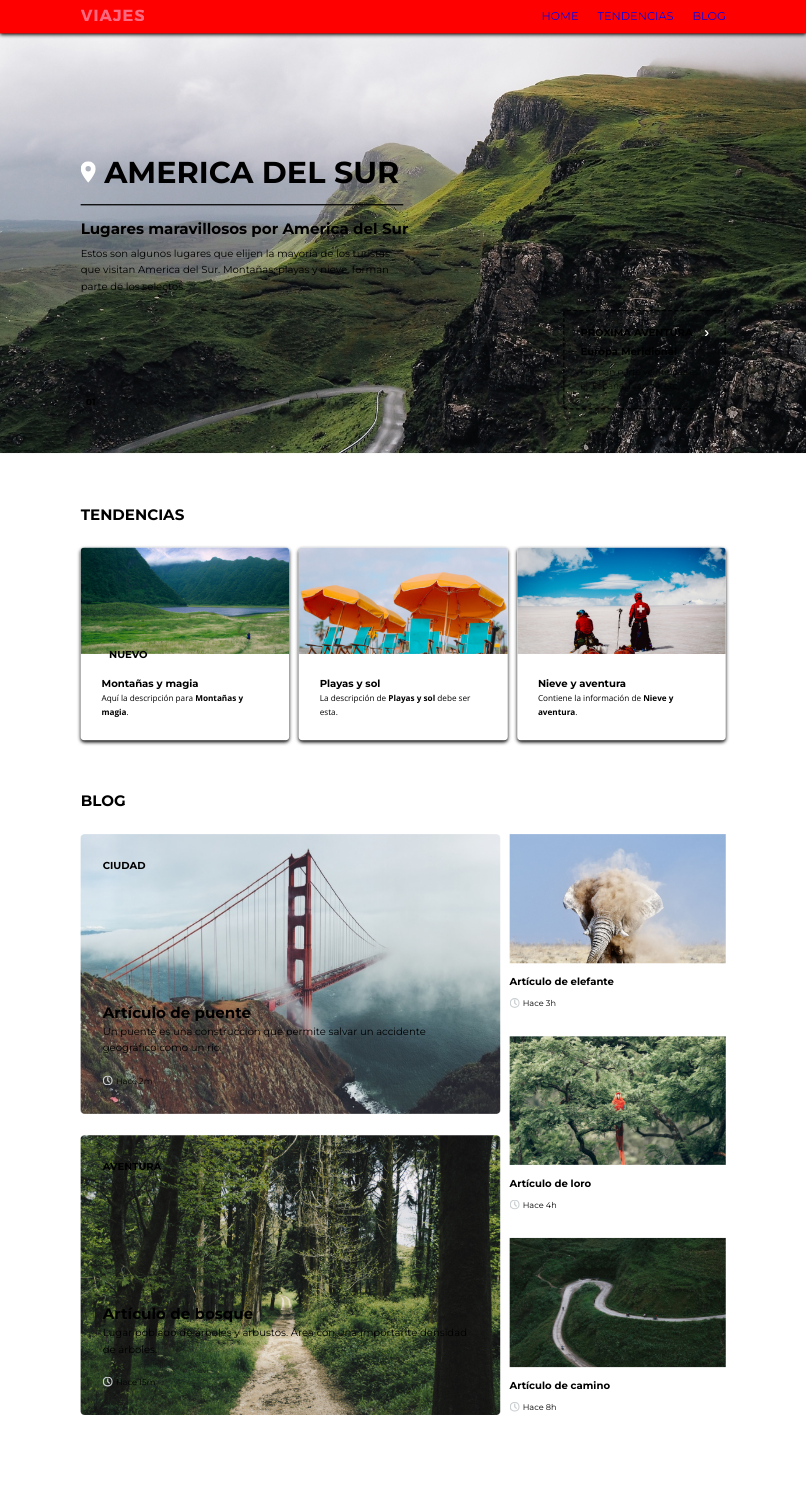
Repository: agustin-mesa/viajes
Page: /
The author's editor kept a copy of each file at every save. The page is drawn from the files as they stood at one save, then again after the next save.
The browser window is 1280 px wide. The pictures show the whole page, at 63% of full size.
The project was rebuilt for these pictures with package versions that can differ from the ones it lists, and the page was loaded fresh each time. Also part of the build but not shown: src/components/styles/colors.module.scss.

Above is the page before, as saved 2021-11-14 01:44:13.

### public/index.html
<!DOCTYPE html>
<html lang="es">
  <head>
    <meta name="author" content="Mauro Agustín Mesa" />
    <meta charset="utf-8" />
    <meta name="viewport" content="width=device-width, initial-scale=1" />
    <meta name="theme-color" content="#000000" />
    <meta
      name="description"
      content="Web site created using create-react-app"
    />
    <title>React App</title>
  </head>
  <body>
    <noscript>You need to enable JavaScript to run this app.</noscript>
    <div id="root"></div>
  </body>
</html>

### src/index.js
import React from "react";
import ReactDOM from "react-dom";
import App from "./App";
import "./index.css";

const Index = () => {
  return <App />;
};

ReactDOM.render(<Index />, document.getElementById("root"));

### src/App.js
import React from "react";
import Header from "./components/Header";
import Home from "./pages/Home";
import Tendencias from "./pages/Tendencias";
import Blog from "./pages/Blog";
import Footer from "./components/Footer";

const App = () => {
  return (
    <>
      <Header />
      <Home />
      <Tendencias />
      <Blog />
      <Footer />
    </>
  );
};

export default App;

### src/index.css
@import url("https://fonts.googleapis.com/css2?family=Montserrat:wght@100;200;300;400;500;600;700&display=swap");
@import url("https://fonts.googleapis.com/css2?family=Montserrat:wght@100;200;300;400;500;600;700&family=Open+Sans:wght@400;500;600;700&display=swap");

* {
  margin: 0;
  padding: 0;
  list-style: none;
  text-decoration: none;
  border: none;
  outline: none;
  scroll-behavior: smooth;
}

body {
  margin: 0;
  -webkit-font-smoothing: antialiased;
  -moz-osx-font-smoothing: grayscale;
  font-family: "Montserrat", "Open Sans", sans-serif;
}

code {
  font-family: source-code-pro, Menlo, Monaco, Consolas, "Courier New",
    monospace;
}

@media only screen and (max-width: 800px) {
  #root {
    font-size: 14px;
  }
}

### src/components/Header.js
import React, { useState } from "react";
import { useMediaQuery } from "react-responsive";
import styled, { keyframes } from "styled-components";

// Colors
import * as colors from "./styles/colors.module.scss";

// LOGO
import logo from "../Assets/logo/logo_01.svg";

// Iconos
import icHamburguer from "../Assets/iconos/hamburguer_menu.svg";
import icTimesExit from "../Assets/iconos/times_exit.svg";

const Header = () => {
  const [hamburguerMenu, changeHamburguerMenu] = useState(false);

  const isTabletOrMobile = useMediaQuery({ query: "(max-width: 764px)" });

  return (
    <ContainerHeader>
      <nav>
        <div className="nav__logo">
          <a href="#home">
            <img src={logo} alt="Viajes" />
          </a>
        </div>

        <div className="nav__menu">
          {isTabletOrMobile && (
            <img
              src={icHamburguer}
              alt=""
              onClick={() => changeHamburguerMenu(!hamburguerMenu)}
            />
          )}
          {hamburguerMenu && (
            <div
              className="bgAction"
              onClick={() => changeHamburguerMenu(!hamburguerMenu)}
            ></div>
          )}

          <ul
            className={
              isTabletOrMobile && `nav__list ${!hamburguerMenu && "off"}`
            }
          >
            {isTabletOrMobile && (
              <li>
                <img
                  src={icTimesExit}
                  alt=""
                  onClick={() => changeHamburguerMenu(!hamburguerMenu)}
                />
              </li>
            )}

            <li>
              <a href="#home">HOME</a>
            </li>
            <li>
              <a href="#tendencias">TENDENCIAS</a>
            </li>
            <li>
              <a href="#blog">BLOG</a>
            </li>
          </ul>
        </div>
      </nav>
    </ContainerHeader>
  );
};

const showMenu = keyframes`
  0%{
    opacity: 0;
  }
  100%{
    opacity:1;
  }
`;

const ContainerHeader = styled.header`
  position: fixed;
  top: 0;
  left: 0;
  right: 0;
  z-index: 999;
  background: red;
  background: ${colors.white};
  box-shadow: 0px 3px 6px ${colors.blackOpac};
  nav {
    display: flex;
    flex-direction: row;
    justify-content: space-between;
    align-items: center;
    padding: 15px 10%;
    .header__logo a img {
      width: 100px;
    }
    ul {
      display: flex;
      flex-direction: row;
      justify-content: flex-end;
      align-items: center;
    }
    ul li a {
      padding: 15px 15px;
      font: normal normal normal 1.125em/13px Montserrat;
      color: ${colors.blueRelax};
      transition: all 0.2s ease;
    }
    ul li a:hover {
      color: ${colors.darkblue};
    }
    ul li:last-child a {
      padding: 15px 0 15px 15px;
    }
  }

  @media only screen and (max-width: 768px) {
    nav .nav__logo a img {
      width: 80px;
    }
    .nav__menu img {
      display: flex;
      z-index: 999;
      animation: ${showMenu} 0.5s ease;
    }
    .nav__menu .bgAction {
      position: fixed;
      top: 0;
      bottom: 0;
      left: 0;
      right: 0;
      background: ${colors.darkblueOpac};
      animation: ${showMenu} 0.5s ease;
    }
    .inMobile {
      position: fixed;
      top: 0;
      bottom: 0;
      right: 0;
      width: 60%;
      background: ${colors.white};
      flex-direction: column;
      justify-content: flex-start;
      animation: ${showMenu} 0.5s ease;
      align-items: flex-start;
    }
    .inMobile li {
      padding: 10px;
      background: red;
      width: 100%;
    }
    ul li a {
      padding: 10px;
    }
    .inMobile li:first-child {
      background: red;
      display: flex;
      align-items: center;
      justify-content: flex-end;
      padding: 15px 40px 35px 0;
    }
    .off {
      display: none;
    }
  }
`;

export default Header;

### src/pages/Home.js
import React from "react";
import styled from "styled-components";

import * as colors from "../components/styles/colors.module.scss";

// IMG
import viajesHero from "../Assets/img/Viajes_Hero.jpg";
import icPin from "../Assets/iconos/ic_pin.svg";
import icArrow from "../Assets/iconos/arrow.svg";

// Importo etiquetas default con estilos propios
import { Parrafo, Span, H3, H5 } from "../components/styles/stylesDefault";

const Home = () => {
  return (
    <ContainerHome id="home">
      <HeroWrapper>
        <div className="hero__title">
          <h1>
            <img src={icPin} alt="Pin" /> AMERICA DEL SUR
          </h1>
          <hr />
          <H3 color="white">Lugares maravillosos por America del Sur</H3>
          <Parrafo>
            Estos son algunos lugares que elijen la mayoría de los turistas que
            visitan America del Sur. Montañas, playas y nieve, forman parte de
            los selectos.
          </Parrafo>
        </div>
        <div className="hero__info">
          <H5>
            PRÓXIMA AVENTURA <img src={icArrow} alt="Arrow" />
          </H5>
          <Span color="white">Europa Meridional</Span>
          <p>
            Forman parte veinte países. <br />
            ej. España, Francia, etc.
          </p>
        </div>
      </HeroWrapper>
      <div className="slider">
        <span>01</span>
      </div>
    </ContainerHome>
  );
};

const ContainerHome = styled.div`
  width: 100%;
  height: 100vh;
  background-image: url(${viajesHero});
  background-size: cover;
  background-position: center;

  .slider {
    position: absolute;
    width: 13%;
    bottom: 60px;
    display: flex;
    align-items: center;
    justify-content: flex-end;
    z-index: 1;
    span {
      display: flex;
      align-items: center;
      justify-content: center;
      width: 45px;
      height: 45px;
      background: ${colors.white};
      border-radius: 50px;
      font: normal normal bold 0.875em/22px Montserrat;
    }
    span::after {
      content: "";
      position: absolute;
      width: 70px;
      height: 70px;
      background: ${colors.whiteOpac};
      border-radius: 50px;
      z-index: -2;
    }
    span::before {
      content: "";
      position: absolute;
      left: 0;
      width: 100%;
      height: 5px;
      background: ${colors.pink};
      z-index: -1;
    }
  }
  @media only screen and (max-width: 920px) {
    .slider {
      width: 20%;
    }
  }
  @media only screen and (max-width: 480px) {
    .slider span {
      width: 35px;
      height: 35px;
    }
    .slider span::after {
      width: 50px;
      height: 50px;
    }
  }
`;

const HeroWrapper = styled.div`
  position: absolute;
  top: 0;
  bottom: 0;
  left: 10%;
  right: 10%;
  display: flex;
  align-items: center;

  .hero__title {
    display: flex;
    align-items: flex-start;
    justify-content: center;
    flex-direction: column;
    color: ${colors.white};

    h1 {
      font: normal normal bold 3em/42px Montserrat;
    }
    hr {
      width: 50%;
      border-bottom: 2px solid ${colors.white};
      margin: 30px 0 20px;
      background: ${colors.white};
    }
  }

  .hero__info {
    position: absolute;
    right: 0;
    bottom: 70px;
    background: ${colors.darkblueOpac} 0% 0% no-repeat padding-box;
    border: 2px dashed ${colors.whiteOpac};
    border-radius: 6px;
    padding: 25px;

    p {
      font: normal normal 300 0.875em/22px Montserrat;
      color: ${colors.white};
      margin: 10px 0 0;
    }
  }

  @media only screen and (max-width: 800px) {
    .hero__info {
      display: none;
    }
    .hero__title p {
      width: 80%;
    }
    .hero__title hr {
      width: 85%;
    }
  }
  @media only screen and (max-width: 650px) {
    .hero__info,
    .hero__title p {
      display: none;
    }
    .hero__title hr {
      width: 85%;
    }
  }
  @media only screen and (max-width: 580px) {
    .hero__title h1 {
      font: normal normal bold 1.7em/42px Montserrat;
    }
    .hero__title h1 img {
      width: 12px;
    }
    .hero__title h3 {
      font: normal normal bold 1.4em/34px Montserrat;
    }
    .hero__title hr {
      width: 100%;
      margin: 15px 0 20px;
    }
  }
`;

export default Home;

### src/pages/Tendencias.js
import React from "react";
import styled from "styled-components";

// Colors
import * as colors from "../components/styles/colors.module.scss";

// IMG
import card01 from "../Assets/img/card_01.png";
import card02 from "../Assets/img/card_02.png";
import card03 from "../Assets/img/card_03.png";

// Importo etiquetas default con estilos propios
import { H3 } from "../components/styles/stylesDefault";

// Components
import TendenciaItem from "../components/TendenciaItem";

const Tendencias = () => {
  // Simulo una base de datos para luego imprimir cada CARD.
  // Aunque también se podría hacer manualmente usando el componente
  // TendenciaItem y usar sus props, pero la manera más eficiente es el de
  // simular una base de datos; tranquilamente se muestra cada CARD con tan solo
  // agregar un objeto más dentro del array.
  const tendencias = [
    {
      src: card01,
      isNew: true,
      titulo: "Montañas y magia",
      descripcion: (
        <>
          Aquí la descripción para <b>Montañas y magia</b>.
        </>
      ),
    },
    {
      src: card02,
      isNew: false,
      titulo: "Playas y sol",
      descripcion: (
        <>
          La descripción de <b>Playas y sol</b> debe ser esta.
        </>
      ),
    },
    {
      src: card03,
      isNew: false,
      titulo: "Nieve y aventura",
      descripcion: (
        <>
          Contiene la información de <b>Nieve y aventura</b>.
        </>
      ),
    },
  ];

  return (
    <ContainerTendencias id="tendencias">
      <div className="tendencias">
        <div className="tendencias__header">
          <H3 color="darkblue">TENDENCIAS</H3>
        </div>
        <div className="tendencias__body">
          {tendencias.map((tendencia, i) => {
            return (
              <TendenciaItem
                src={tendencia.src}
                nuevo={tendencia.isNew}
                titulo={tendencia.titulo}
                descripcion={tendencia.descripcion}
                key={i}
              />
            );
          })}
        </div>
      </div>
    </ContainerTendencias>
  );
};

const ContainerTendencias = styled.section`
  padding: 80px 10%;
  background: ${colors.grey};

  .tendencias__body {
    display: grid;
    grid-template-columns: repeat(3, 1fr);
    grid-template-rows: auto;
    row-gap: 40px;
    -moz-column-gap: 15px;
    column-gap: 15px;

    margin: 35px 0 0;

    div:last-child {
      margin: 0;
    }
  }
  .tendencias__header {
    width: 100%;
  }

  @media only screen and (max-width: 800px) {
    .tendencias__body {
      grid-template-columns: repeat(2, 1fr);
      .tendencia-item:nth-child(3) {
        display: none;
      }
    }
  }
  @media only screen and (max-width: 600px) {
    .tendencias__body {
      grid-template-columns: repeat(1, 1fr);
      .tendencia-item:nth-child(2) {
        display: none;
      }
    }
  }
`;

export default Tendencias;

### src/pages/Blog.js
import React from "react";
import styled from "styled-components";

// Colors
import * as colors from "../components/styles/colors.module.scss";

// IMG
import artBig01 from "../Assets/img/articulo_big_01.png";
import artBig02 from "../Assets/img/articulo_big_02.png";
import artSmall01 from "../Assets/img/articulo_small_01.png";
import artSmall02 from "../Assets/img/articulo_small_02.png";
import artSmall03 from "../Assets/img/articulo_small_03.png";

// Importo etiquetas default con estilos propios
import { H3 } from "../components/styles/stylesDefault";

// Components
import BigNewItem from "../components/BigNewItem";
import SmallNewItem from "../components/SmallNewItem";

const Blog = () => {
  const articulosBig = [
    {
      src: artBig01,
      tipo: "CIUDAD",
      titulo: "Artículo de puente",
      descripcion:
        "Un puente es una construcción que permite salvar un accidente geográfico como un río.",
      time: "2m",
    },
    {
      src: artBig02,
      tipo: "AVENTURA",
      titulo: "Artículo de bosque",
      descripcion:
        "Lugar poblado de árboles y arbustos. Área con una importante densidad de árboles.",
      time: "15m",
    },
  ];

  const articulosSmall = [
    {
      src: artSmall01,
      titulo: "Artículo de elefante",
      time: "3h",
    },
    {
      src: artSmall02,
      titulo: "Artículo de loro",
      time: "4h",
    },
    {
      src: artSmall03,
      titulo: "Artículo de camino",
      time: "8h",
    },
  ];

  return (
    <ContainerBlog id="blog">
      <div className="blog__header">
        <H3 color="darkblue">BLOG</H3>
      </div>
      <div className="blog__body">
        <div className="body__article">
          {articulosBig.map((articulo, i) => {
            return (
              <BigNewItem
                src={articulo.src}
                tipo={articulo.tipo}
                titulo={articulo.titulo}
                descripcion={articulo.descripcion}
                time={articulo.time}
                key={i}
              />
            );
          })}
        </div>
        <div className="body__article2">
          {articulosSmall.map((articulo, i) => {
            return (
              <SmallNewItem
                src={articulo.src}
                titulo={articulo.titulo}
                time={articulo.time}
                key={i}
              />
            );
          })}
        </div>
      </div>
    </ContainerBlog>
  );
};

const ContainerBlog = styled.section`
  position: relative;
  padding: 0 10% 40px;
  background: linear-gradient(180deg, ${colors.grey} 20%, ${colors.white} 0%);

  .blog__body {
    display: grid;
    grid-template-columns: 65% 1fr;
    grid-template-rows: auto;
    row-gap: 40px;
    -moz-column-gap: 15px;
    column-gap: 15px;
    margin: 35px 0 0;
  }
  .body__article {
    display: flex;
    flex-direction: column;
    width: 100%;
  }
  .body__article2 {
    display: grid;
    grid-template-rows: auto 1fr;
    row-gap: 40px;
  }
  article:last-child {
    margin: 0;
  }
  @media only screen and (max-width: 800px) {
    .blog__header {
      padding: 0 10%;
    }
    .blog__body {
      grid-template-columns: repeat(1, 1fr);
    }
    .body__article2 {
      display: none;
    }
  }
  @media only screen and (max-width: 600px) {
    & {
      padding: 0 0 60px;
    }
    .body__article {
      overflow: hidden;
    }
    .body__article article {
      overflow: hidden;
      height: 430px;
      display: flex;
      justify-content: center;
    }
  }
`;

export default Blog;

### src/components/Footer.js
import React from "react";
import styled from "styled-components";

// Colors
import * as colors from "../components/styles/colors.module.scss";

// IMG
import logo from "../Assets/logo/logo_02.svg";
import icFacebook from "../Assets/iconos/facebook.svg";
import icInstagram from "../Assets/iconos/instagram.svg";

const Footer = () => {
  return (
    <ContainerFooter>
      <div>
        <img src={logo} alt="Viajes" />
      </div>
      <div className="redes">
        <img src={icInstagram} alt="Instagram" />
        <img src={icFacebook} alt="Facebook" />
      </div>
    </ContainerFooter>
  );
};

const ContainerFooter = styled.footer`
  background: ${colors.darkblue};
  padding: 40px 10%;
  display: flex;
  align-items: center;
  justify-content: space-between;

  .redes img:first-child {
    margin: 0 20px;
  }
  @media only screen and (max-width: 600px) {
    & {
      padding: 30px 10%;
    }
  }
`;

export default Footer;

### src/components/styles/stylesDefault.js
import styled from "styled-components";

// Colors
import * as colors from "./colors.module.scss";

const Parrafo = styled.p`
  margin: 10px 0 0;
  font: normal normal normal 1em/26px Montserrat;
  width: 50%;
  color: ${colors.white};
`;

const H3 = styled.h3`
  font: normal normal bold 1.5em/34px Montserrat;
  color: ${(props) => {
    if (props.color === "white") return colors.white;
    if (props.color === "darkblue") return colors.darkblue;
  }};
`;

const H5 = styled.h5`
  font: normal normal bold 1em/20px Montserrat;
  color: ${colors.pink};
  margin: 0 0 10px;
  img {
    margin: 0 0 0 15px;
  }
`;

const Span = styled.span`
  font: normal normal bold 1em/20px Montserrat;
  color: ${(props) => {
    if (props.color === "white") return colors.white;
    if (props.color === "darkblue") return colors.darkblue;
  }};
`;

export { Parrafo, Span, H3, H5 };

### src/components/TendenciaItem.js
import React from "react";
import styled from "styled-components";

// Colors
import * as colors from "./styles/colors.module.scss";

import { Span } from "./styles/stylesDefault";

const TendenciaItem = ({ src, nuevo, titulo, descripcion }) => {
  return (
    <TenItem className="tendencia-item">
      <div className="tendencia-item__img">
        <img src={src} alt={titulo} />
      </div>
      <div className="tendencia-item__new">{nuevo && <span>NUEVO</span>}</div>
      <div className="tendencia-item__descrip">
        <Span color="darkblue">{titulo}</Span>
        <p>{descripcion}</p>
      </div>
    </TenItem>
  );
};

const TenItem = styled.div`
  background: ${colors.white} 0% 0% no-repeat padding-box;
  box-shadow: 0px 3px 6px ${colors.blackOpac};
  border-radius: 6px;
  margin: 0 16px 0 0;
  width: 100%;
  overflow: hidden;

  .tendencia-item__img img {
    width: 100%;
  }
  .tendencia-item__new {
    width: 100%;
    position: relative;
    span {
      position: absolute;
      top: -20px;
      left: 35px;
      background: ${colors.pink};
      border-radius: 6px;
      padding: 10px;
      font: normal normal bold 1em/13px Montserrat;
      color: ${colors.white};
    }
  }
  .tendencia-item__descrip {
    padding: 10%;
    p {
      font: normal normal normal 0.8125em/23px Open Sans;
      color: ${colors.greyBlue};
    }
  }
`;

export default TendenciaItem;

### src/components/BigNewItem.js
import React from "react";
import styled from "styled-components";

// Importo etiquetas default con estilos propios
import { Span, H3, Parrafo } from "../components/styles/stylesDefault";
import Time from "./Time";

const BigNewItem = ({ src, tipo, titulo, descripcion, time }) => {
  return (
    <NewItemBig>
      <img className="img__bg" src={src} alt={titulo} />
      <div className="newItem__info">
        <div className="info__header">
          <Span color="white">{tipo}</Span>
        </div>
        <div className="info__body">
          <H3 color="white">{titulo}</H3>
          <Parrafo>{descripcion}</Parrafo>
          <Time time={time} />
        </div>
      </div>
    </NewItemBig>
  );
};

const NewItemBig = styled.article`
  position: relative;
  border-radius: 6px;
  width: 100%;
  height: 100%;
  margin: 0 0 5%;

  .img__bg {
    width: 100%;
    max-width: 850px;
    height: 100%;
  }
  .newItem__info {
    position: absolute;
    top: 40px;
    left: 35px;
    right: 35px;
    bottom: 40px;
    display: flex;
    flex-direction: column;
    justify-content: space-between;
  }
  .info__body p {
    width: 100%;
    margin: 0 0 25px;
  }

  @media only screen and (max-width: 600px) {
    .img__bg {
      width: auto;
    }
  }

  @media only screen and (max-width: 530px) {
    .info__body p {
      display: none;
    }
  }
`;

export default BigNewItem;

### src/components/SmallNewItem.js
import React from "react";
import styled from "styled-components";

// Importo etiquetas default con estilos propios
import { Span } from "../components/styles/stylesDefault";

// Components
import Time from "./Time";

const SmallNewItem = ({ src, titulo, time }) => {
  return (
    <NewItemSmall>
      <img className="img__bg" src={src} alt={titulo} />
      <Span className="titulo" color="darkblue">
        {titulo}
      </Span>
      <Time time={time} />
    </NewItemSmall>
  );
};

const NewItemSmall = styled.article`
  display: flex;
  align-items: start;
  justify-content: center;
  flex-direction: column;
  span.titulo {
    margin: 20px 0 10px;
  }
  .img__bg {
    width: 100%;
  }
`;

export default SmallNewItem;

### src/components/Time.js
import React from "react";
import styled from "styled-components";

// Colors
import * as colors from "./styles/colors.module.scss";

// IMG
import icTime from "../Assets/iconos/time.svg";

const Time = ({ time }) => {
  return (
    <Timer>
      <img src={icTime} alt="Time" /> Hace {time}
    </Timer>
  );
};

const Timer = styled.span`
  display: flex;
  align-items: center;
  font: normal normal normal 0.8125em/26px Montserrat;
  color: ${colors.blueRelax};
  img {
    margin: 0 5px 0 0;
  }
`;
export default Time;

After the next save:
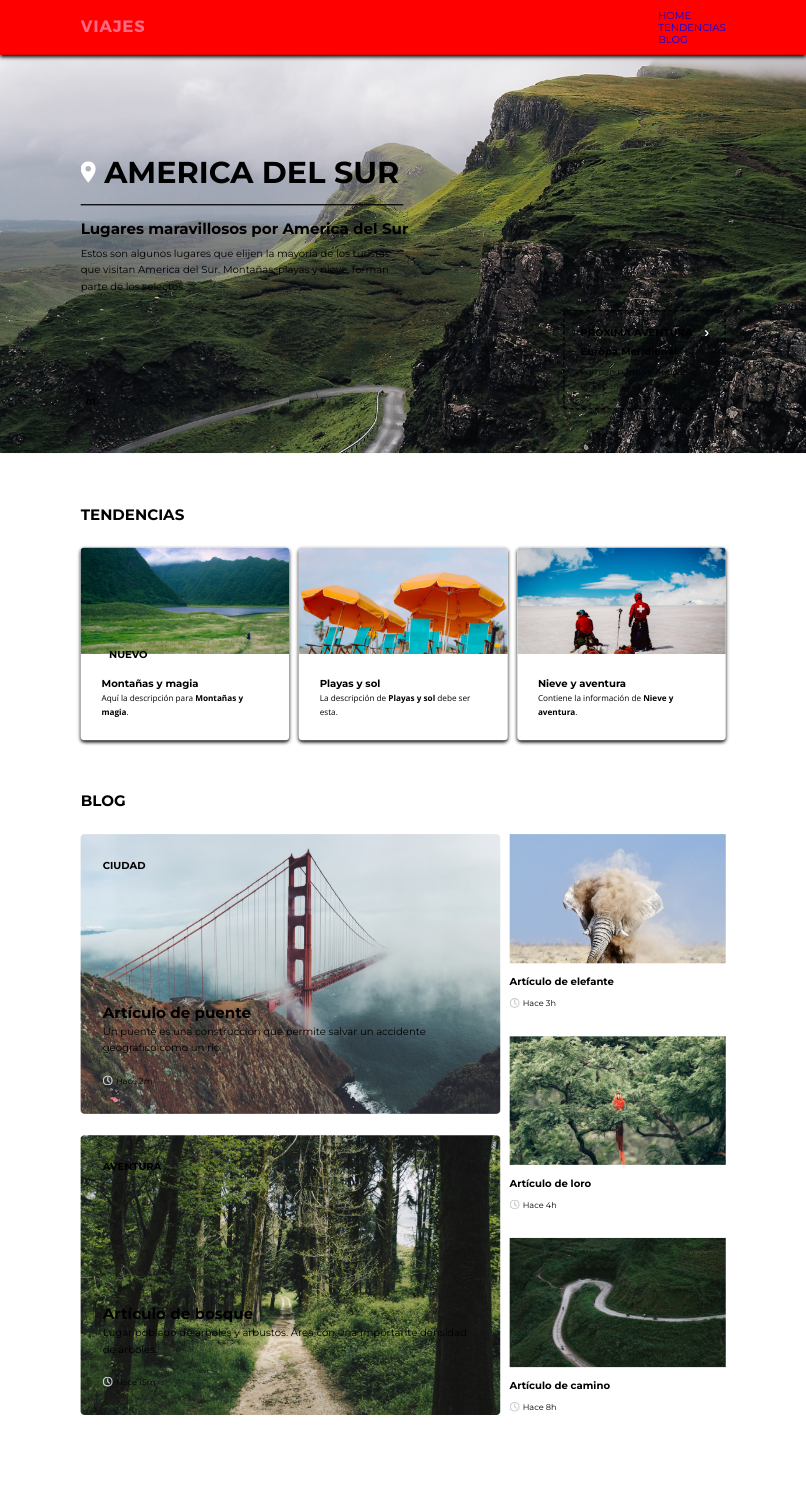
Saved 18 s later.
--- a/src/components/Header.js
+++ b/src/components/Header.js
@@ -99,22 +99,22 @@ const ContainerHeader = styled.header`
     .header__logo a img {
       width: 100px;
     }
-    ul {
+    .nav__list {
       display: flex;
       flex-direction: row;
       justify-content: flex-end;
       align-items: center;
     }
-    ul li a {
+    .nav__list li a {
       padding: 15px 15px;
       font: normal normal normal 1.125em/13px Montserrat;
       color: ${colors.blueRelax};
       transition: all 0.2s ease;
     }
-    ul li a:hover {
+    .nav__list li a:hover {
       color: ${colors.darkblue};
     }
-    ul li:last-child a {
+    .nav__list li:last-child a {
       padding: 15px 0 15px 15px;
     }
   }
